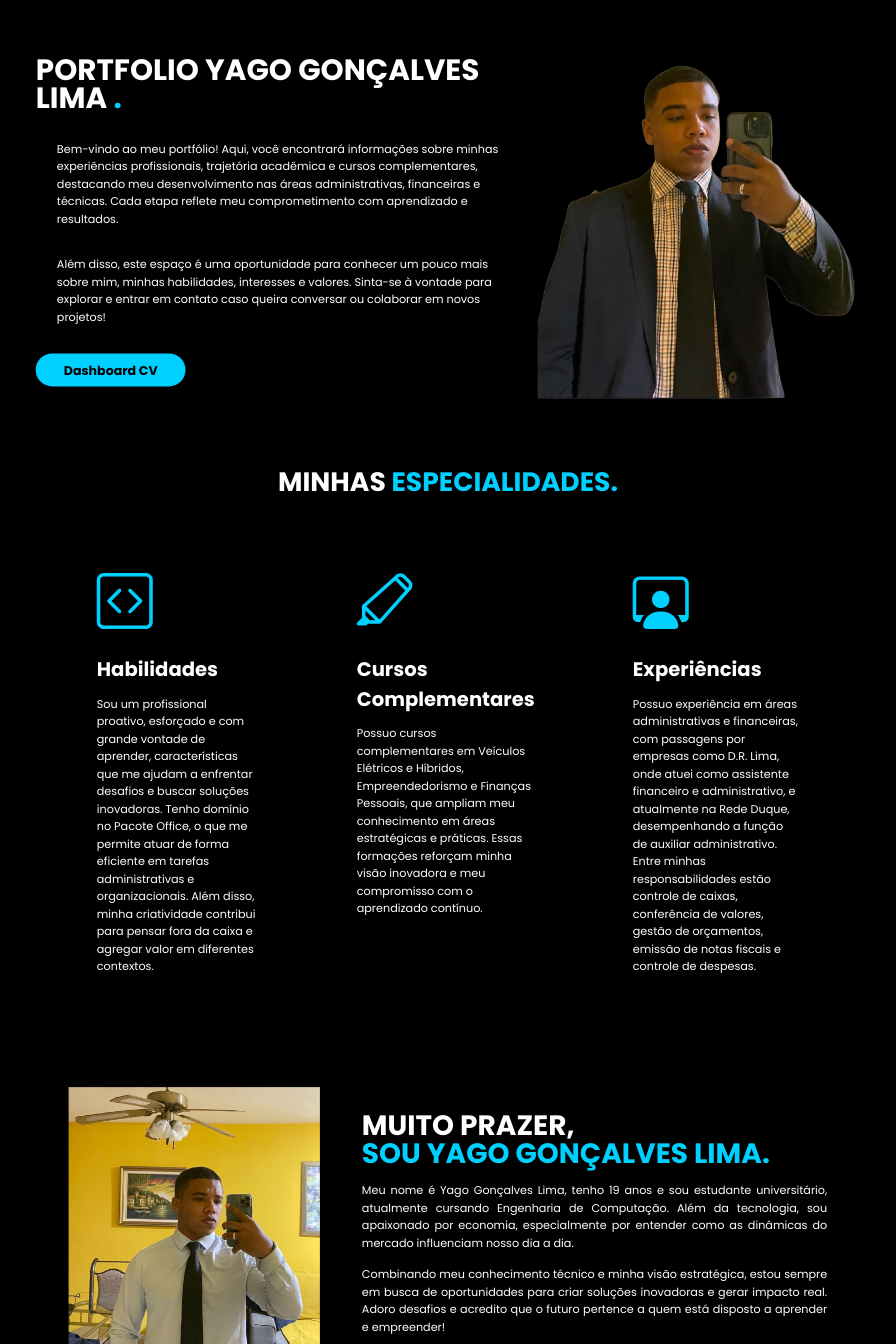
Repository: yagolima1511/Portfolio
Page: index.html
These files come from the project's save history. The page is drawn as it stood at one moment and after the next save; the edit follows.
The browser window is 1280 px wide. The pictures show the part of the page from y = 0 to 1920 px (the page is 3579 px tall before and 3476 px after), at 70% of full size.

Above is the page before, as saved 2025-02-22 14:14:59.

After the next save:
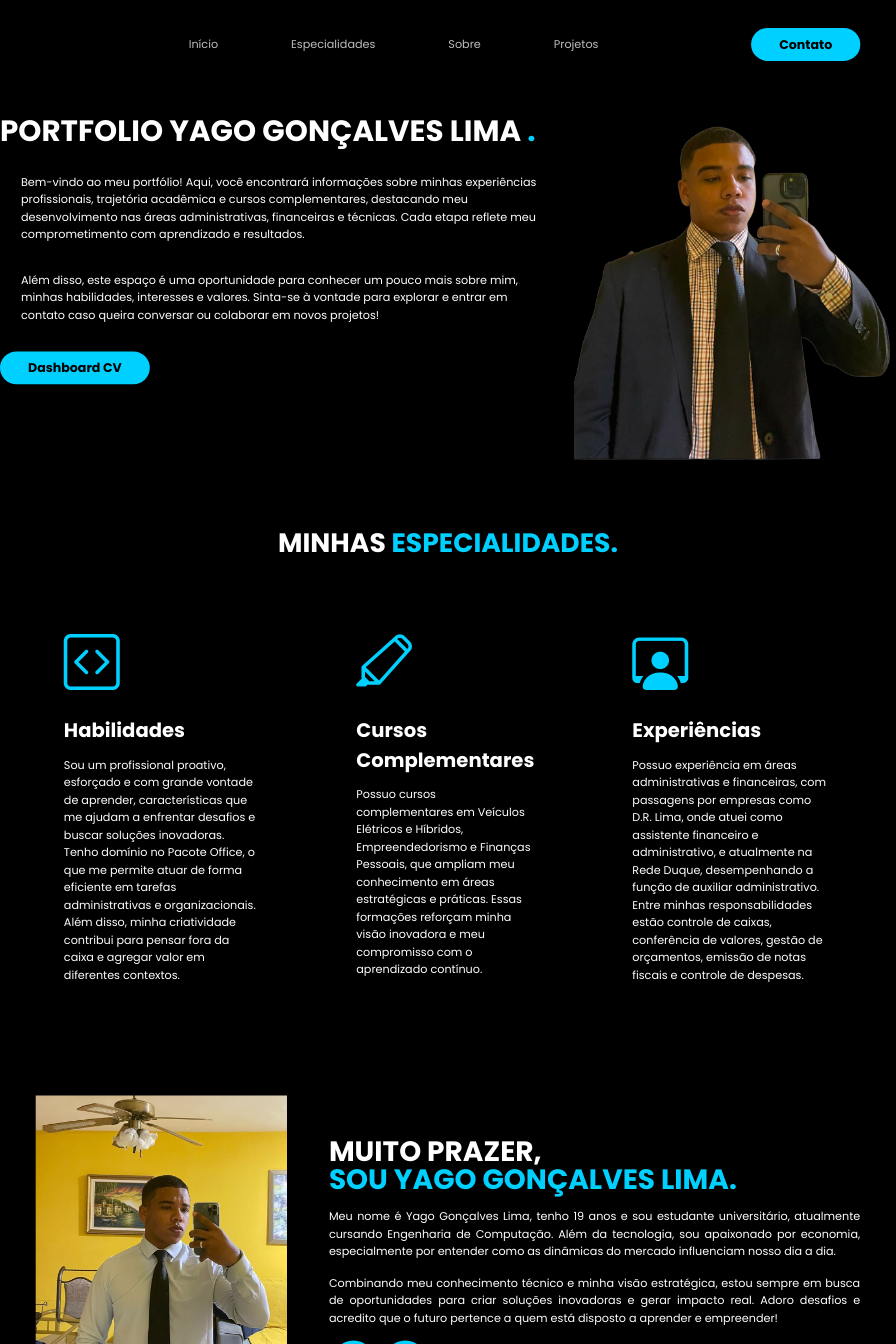
Saved 8 s later.
--- a/index.html
+++ b/index.html
@@ -14,6 +14,30 @@
 <body>
 
     <header>
+        <div class="interface">
+            <div class="menu-mobile" onclick="toggleMenu()">
+                <div></div>
+                <div></div>
+                <div></div>
+            </div>
+
+            <nav class="menu-desktop">
+                <ul>
+                    <li><a href="#início">Início</a></li>
+                    <li><a href="#especialidades">Especialidades</a></li>
+                    <li><a href="#sobre">Sobre</a></li>
+                    <li><a href="#projetos">Projetos</a></li>
+                </ul>
+            </nav>
+
+            <div class="btn-contato">
+                <a href="https://api.whatsapp.com/send?phone=5511951423405">
+                    <button>Contato</button>
+                </a>
+            </div>
+        </div> <!-- INTERFACE -->
+    </header>
+
 
 
     <main>
